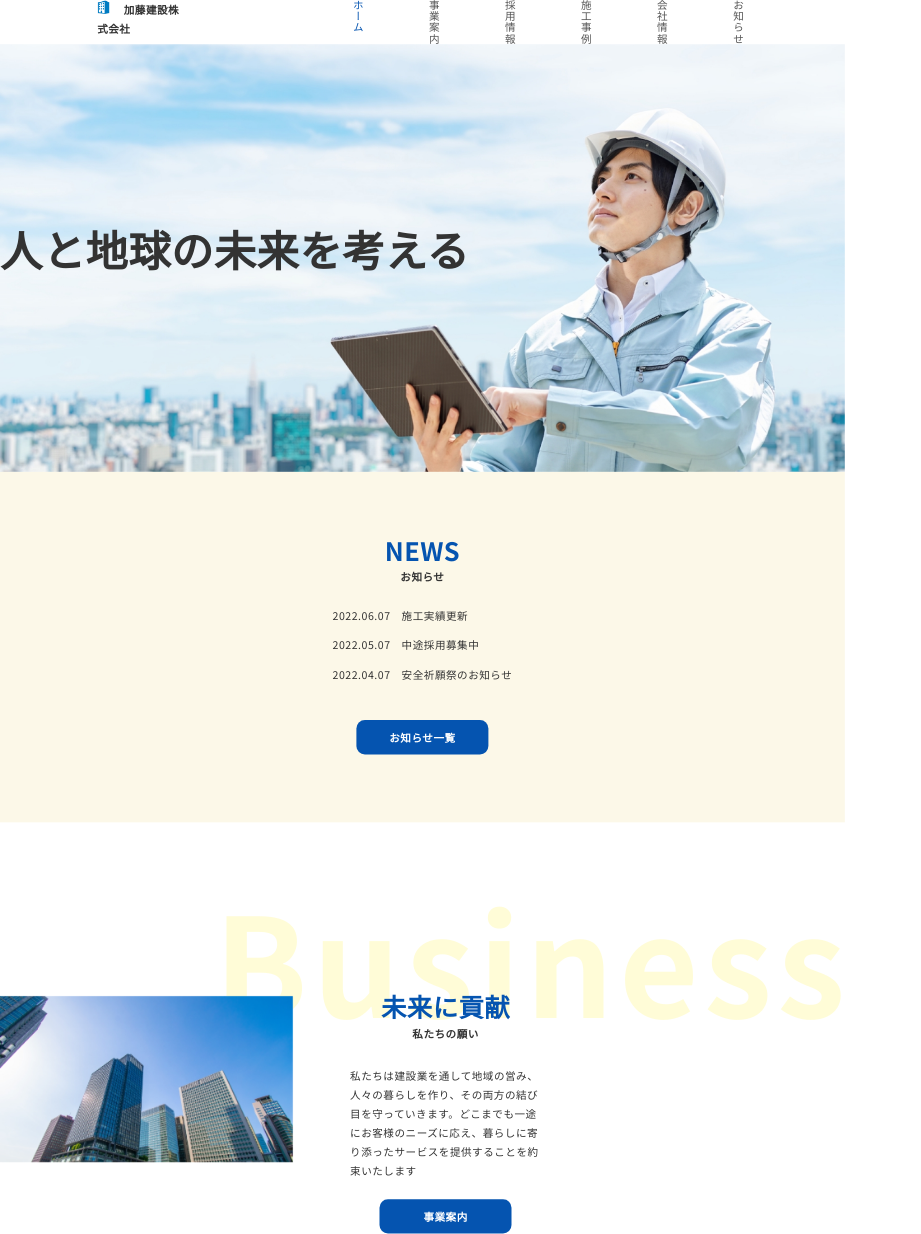
Repository: nozomi-23/hp1_test
Page: index.html
The author's editor kept a copy of each file at every save. The page is drawn from the files as they stood at one save, then again after a run of saves.
The browser window is 1280 px wide. The page is 1289 px wide, then 1395 px, so the pictures cover 1395 px, including what lies to the right of the window. The pictures show the whole page, at 66% of full size.

Above is the page before, as saved 2022-06-12 15:22:06.

After the next 2 saves:
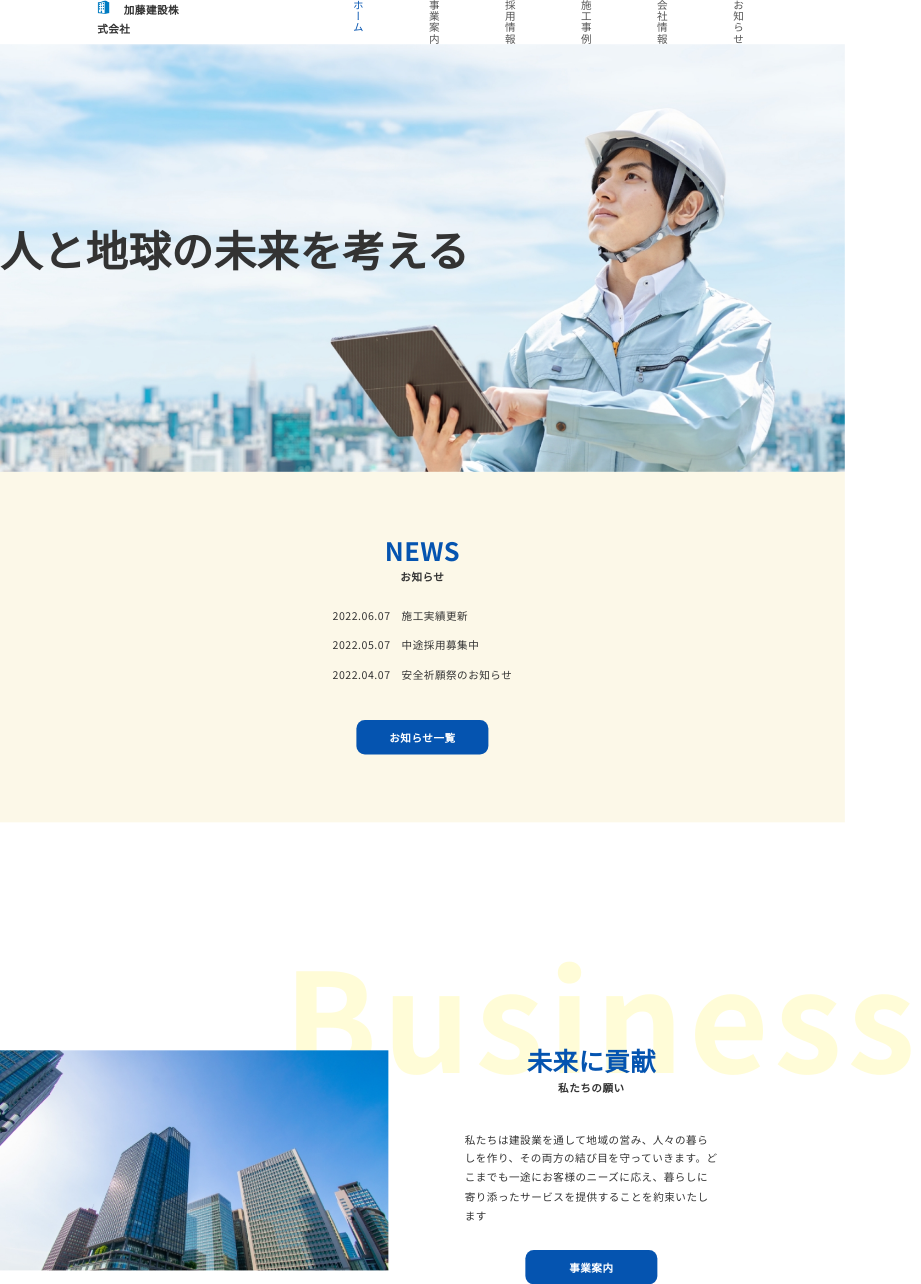
The 2 saves are shown as one change because they came seconds apart.
The last was saved 24 s later.
--- a/css/index.css
+++ b/css/index.css
@@ -79,10 +79,6 @@ news
 /* =================
 business
 ===================*/
-.business_wrapper {
-  position: absolute;
-  top: 10%;
-}
 .business_all {
   position: relative;
 }
